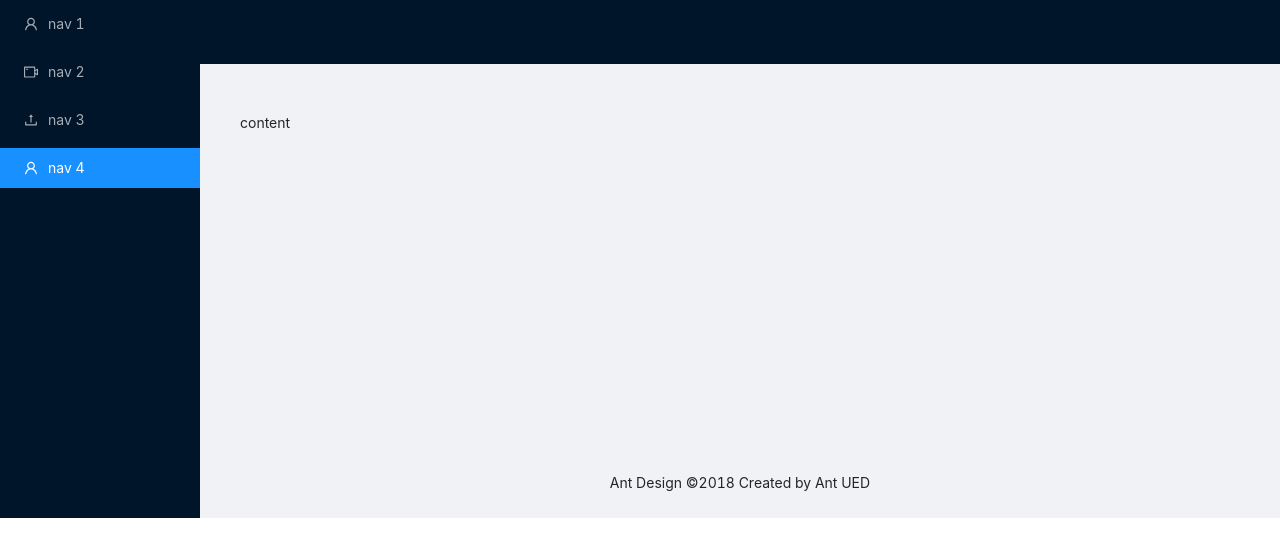
Repository: yangddoddi/community_react
Page: /
An editor plug-in stored every save of this project. The page is shown before and after the next save, followed by the edit.
The browser window is 1280 px wide. The pictures show the whole page.
The project was rebuilt for these pictures with package versions that can differ from the ones it lists, and the page was loaded fresh each time.

Above is the page before, as saved 2022-08-17 02:22:41.

After the next save:
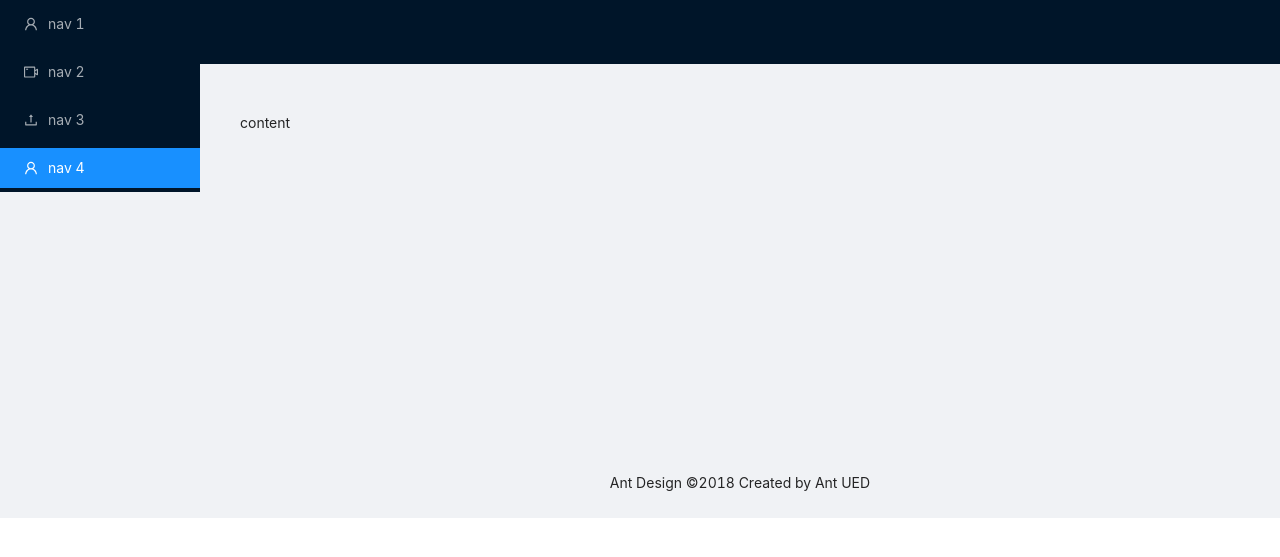
Saved 7 s later.
--- a/src/App.js
+++ b/src/App.js
@@ -16,7 +16,7 @@ const SiderStyled = styled(Sider)`
 
 const App = () => (
   <Layout>
-    <Sider
+    <SiderStyled
       breakpoint="lg"
       collapsedWidth="0"
       onBreakpoint={(broken) => {
@@ -42,7 +42,7 @@ const App = () => (
           label: `nav ${index + 1}`,
         }))}
       />
-    </Sider>
+    </SiderStyled>
     <Layout>
       <Header
         className="site-layout-sub-header-background"

After the save that followed:
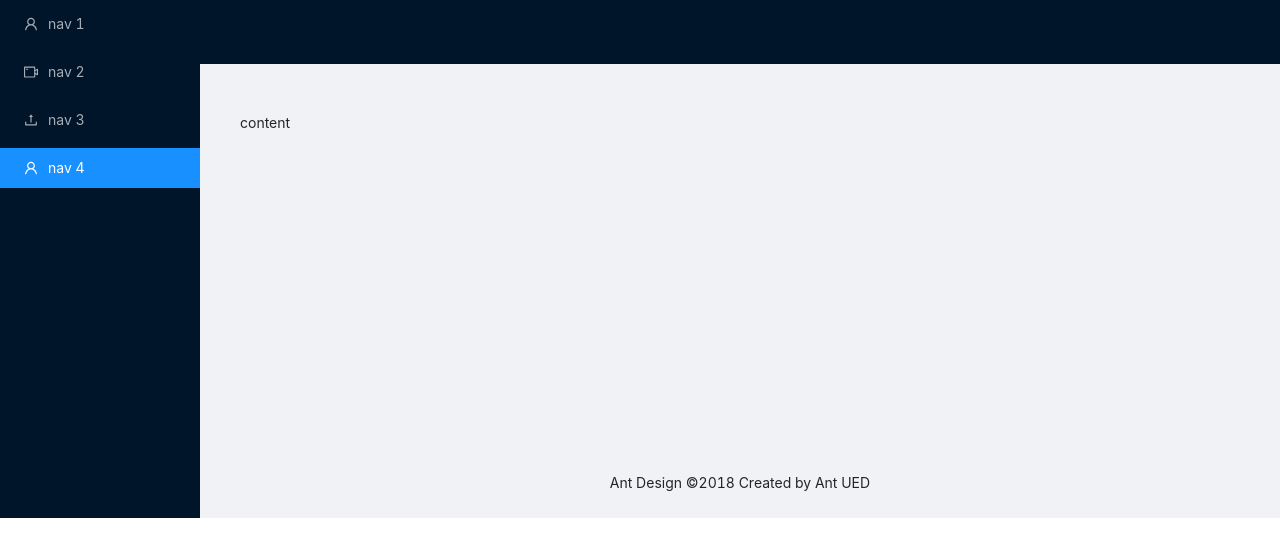
Saved 2 min 9 s later.
--- a/src/App.js
+++ b/src/App.js
@@ -11,7 +11,7 @@ import styled from "styled-components";
 const { Header, Content, Footer, Sider } = Layout;
 
 const SiderStyled = styled(Sider)`
-  height: 100%;
+  height: "100%";
 `;
 
 const App = () => (
